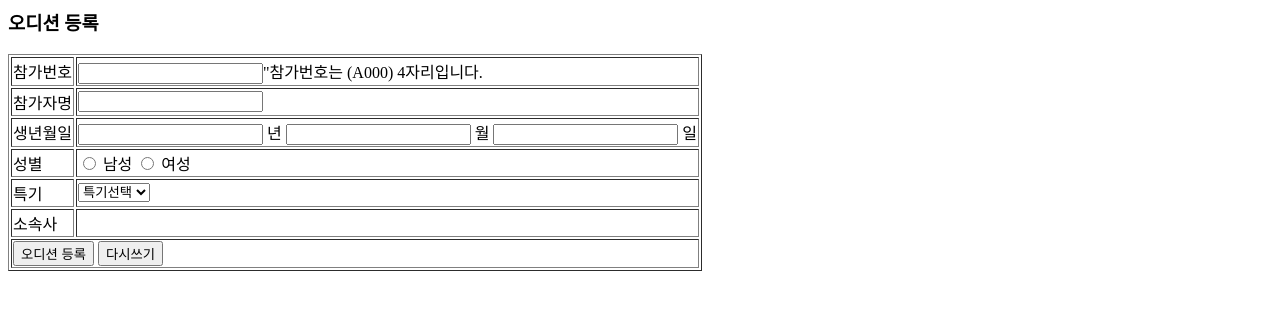
Repository: JQWJ/oudition_jsp
Page: http://localhost/oudition_pro/action/insert_oudition.jsp
An editor plug-in stored every save of this project. The page is shown before and after the next save, followed by the edit.
The browser window is 1280 px wide. The pictures show the whole page.
The page is served by Tomcat 9.

Above is the page before, as saved 2020-12-09 05:27:16.

After the next save:
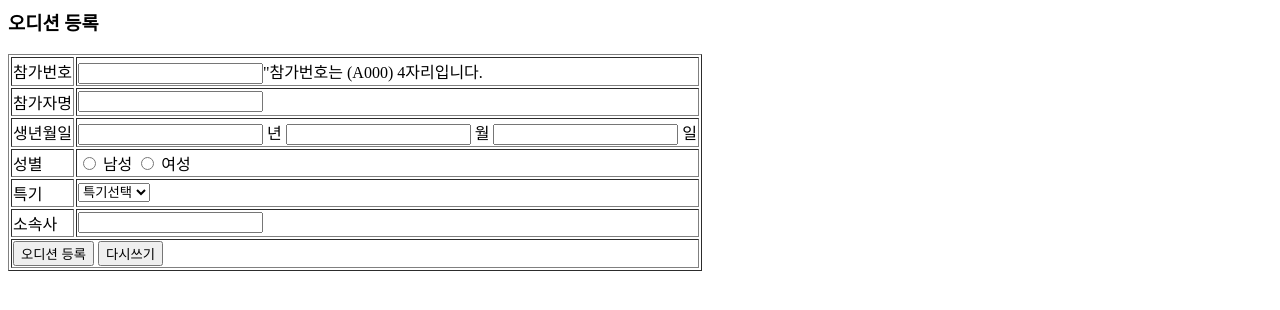
Saved 21 s later.
--- a/oudition_pro/WebContent/action/insert_oudition.jsp
+++ b/oudition_pro/WebContent/action/insert_oudition.jsp
@@ -40,7 +40,7 @@
 		</tr>
 		<tr>
 			<td>소속사</td>
-			<td></td>
+			<td><input type="text" name="agency"></td>
 		</tr>
 		<tr>
 			<td colspan="2">
